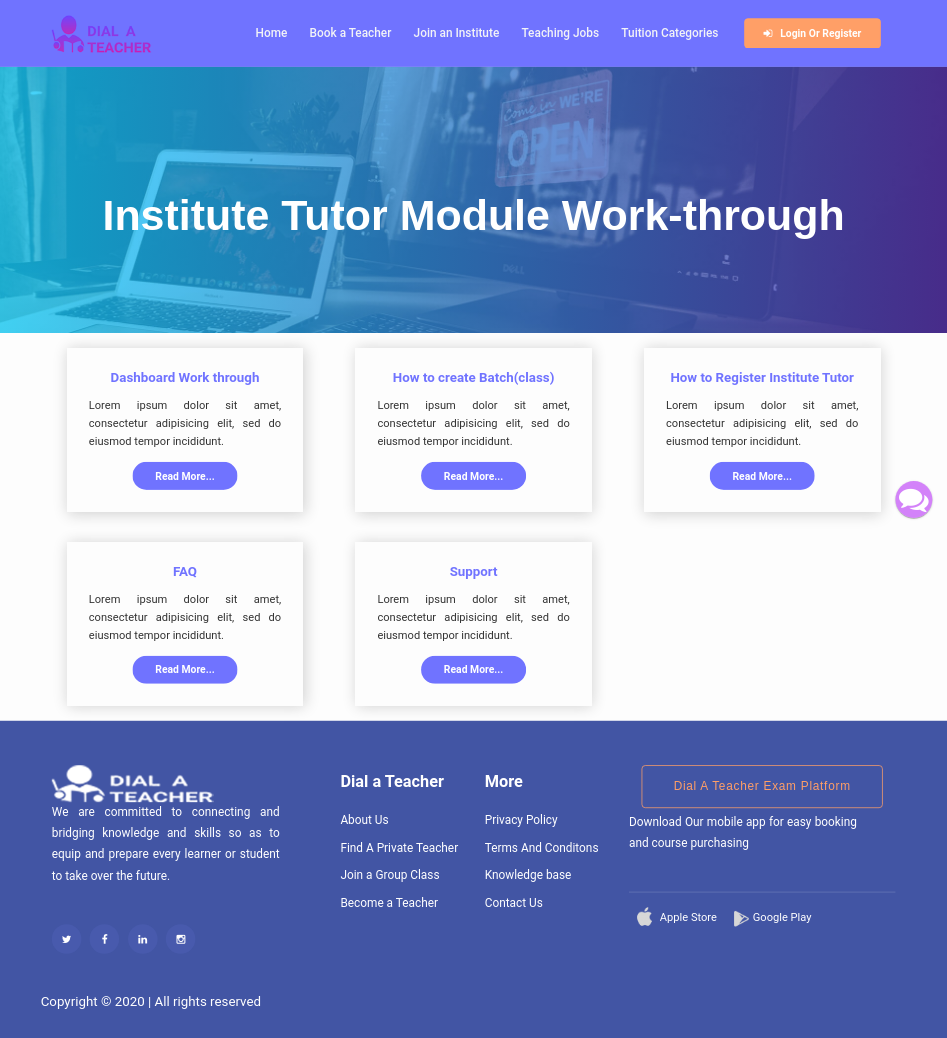
Repository: Samkiroko/DAT_knowledge
Page: ttinstDashboard.html
An editor plug-in stored every save of this project. The page is shown before and after the next save, followed by the edit.
The browser window is 1280 px wide. The pictures show the whole page, at 74% of full size.

Above is the page before, as saved 2020-12-14 17:20:28.
Console error: TypeError: e.indexOf is not a function

### ttinstDashboard.html
<!DOCTYPE html>
<html lang="en" dir="ltr">


  <!-- Mirrored from dialateacher.co.ke/faqs by HTTrack Website Copier/3.x [XR&CO'2014], Sat, 12 Dec 2020 12:13:42 GMT -->
  <!-- Added by HTTrack -->
  <meta http-equiv="content-type" content="text/html;charset=UTF-8" /><!-- /Added by HTTrack -->

  <head>
    <title>
      Dial a Teacher</title>
    <meta charset="utf-8">
    <meta http-equiv="X-UA-Compatible" content="IE=edge">
    <meta name="viewport" content="width=device-width, initial-scale=1">

    <meta name="description" content="Test Meta Description Value">

    <meta name="keywords" content="Test Meta Keyword Value ">
    <meta name="author" content="">
    <link rel="shortcut icon" href="assets/uploads/settings/thumbs/setting_152.png" />



    <!-- HTML5 Shim and Respond.js IE8 support of HTML5 elements and media queries -->
    <!-- WARNING: Respond.js doesn't work if you view the page via file:// -->
    <!--[if lt IE 9]>
           <script src="https://oss.maxcdn.com/libs/html5shiv/3.7.0/html5shiv.js"></script>
           <script src="https://oss.maxcdn.com/libs/respond.js/1.4.2/respond.min.js"></script>
       <![endif]-->

    <link rel="stylesheet" type="text/css" href="assets/front/css/main.css">


  </head>

  <body>
    <!-- Preloader -->
    <!-- <div id="preloader">
        <div id="status">&nbsp;</div>
    </div> -->
    <!-- Ends Preloader -->
    <!-- Nagigation -->
    <nav class="navbar navbar-default yamm">
      <div class="container">
        <!-- Brand and toggle get grouped for better mobile display -->
        <div class="navbar-header">
          <button type="button" class="navbar-toggle" data-toggle="collapse" data-target="#mega-nav-menu">
            <span class="sr-only">Toggle navigation</span>
            <span class="icon-bar"></span>
            <span class="icon-bar"></span>
            <span class="icon-bar"></span>
          </button>

          <a href="index.html"><img src="assets/uploads/settings/setting_35.png" class="logo " alt="logo"></a>
        </div>

        <!-- Collect the nav links, mega-menu, vertical-menu and other content for toggling -->
        <div class="collapse navbar-collapse" id="mega-nav-menu">
          <ul class="nav navbar-nav navbar-right">
            <li><a class="" href="index.html"> Home </a></li>

            <li><a class="" href="search-tutor.html"> Book a Teacher </a></li>

            <li><a class="" href="search-institute.html"> Join an Institute </a></li>

            <li><a class="" href="search-student-leads.html" title="Find Student Leads"> Teaching Jobs </a>
            </li>



            <li><a class="" href="courses.html"> Tuition Categories</a></li>


            <li>
              <a href="auth/login.html"> <span class="nav-btn"> <i class="fa  fa-sign-in"></i> &nbsp;
                  Login <span class="hidden-navbtn">Or Register</span></span>
              </a>
            </li>

          </ul>
        </div>
        <!-- /.navbar-collapse -->
      </div>
    </nav>
    <!-- Ends Navigation -->
    <!--===============================
    =            main-page            =
    ================================-->

    <div class="mwb-main-page example-main">
      <div class="container-fluid">
        <div class="mwb-main-page__content-wrapper">
          <h1 class="mwb-main-page__heading">Institute Tutor Module Work-through</h1>
        </div>
      </div>
    </div>


    <!--====  End of main-page  ====-->

    <!--===========================================
=            documentation-section            =
============================================-->

    <div class="mwb-documentation-section section" id="documentation-section">
      <div class="container">
        <div class="row">
          <div class="col-lg-4 col-md-4 col-sm-6 col-xs-12">
            <a href="category.html" class="mwb-documentation-section__lists overflow" data-aos="flip-up">
              <h3>Dashboard Work through</h3>
              <p>Lorem ipsum dolor sit amet, consectetur adipisicing elit, sed do eiusmod tempor
                incididunt.</p>
              <button type="button" class="mwb-primary-btn mwb-documentation-section__btn">Read
                more...</button>
            </a>
          </div>
          <div class="col-lg-4 col-md-4 col-sm-6 col-xs-12">
            <a href="category.html" class="mwb-documentation-section__lists overflow" data-aos="flip-up">
              <h3>How to create Batch(class)</h3>
              <p>Lorem ipsum dolor sit amet, consectetur adipisicing elit, sed do eiusmod tempor
                incididunt.</p>
              <button type="button" class="mwb-primary-btn mwb-documentation-section__btn">Read
                more...</button>
            </a>
          </div>
          <div class="col-lg-4 col-md-4 col-sm-6 col-xs-12">
            <a href="category.html" class="mwb-documentation-section__lists overflow" data-aos="flip-up">
              <h3>How to Register Institute Tutor</h3>
              <p>Lorem ipsum dolor sit amet, consectetur adipisicing elit, sed do eiusmod tempor
                incididunt.</p>
              <button type="button" class="mwb-primary-btn mwb-documentation-section__btn">Read
                more...</button>
            </a>
          </div>
          <div class="col-lg-4 col-md-4 col-sm-6 col-xs-12">
            <a href="category.html" class="mwb-documentation-section__lists overflow" data-aos="flip-up">
              <h3>FAQ</h3>
              <p>Lorem ipsum dolor sit amet, consectetur adipisicing elit, sed do eiusmod tempor
                incididunt.</p>
              <button type="button" class="mwb-primary-btn mwb-documentation-section__btn">Read
                more...</button>
            </a>
          </div>
          <div class="col-lg-4 col-md-4 col-sm-6 col-xs-12">
            <a href="category.html" class="mwb-documentation-section__lists overflow" data-aos="flip-up">
              <h3>Support</h3>
              <p>Lorem ipsum dolor sit amet, consectetur adipisicing elit, sed do eiusmod tempor
                incididunt.</p>
              <button type="button" class="mwb-primary-btn mwb-documentation-section__btn">Read
                more...</button>
            </a>
          </div>

        </div>
      </div>

      <!--====  End of documentation-section  ====-->
      <!-- Footer -->
      <footer>
        <div class="footer-wrappper footer-bg">
          <!-- Footer Start-->
          <div class="footer-area footer-padding">
            <div class="container">
              <div class="row justify-content-between">
                <div class="col-xl-3 col-lg-4 col-md-3 col-sm-5">
                  <div class="single-footer-caption mb-50">
                    <div class="single-footer-caption mb-30">
                      <!-- logo -->
                      <div class="footer-logo mb-25">
                        <a href="index.html"><img src="assets/front/images/logo/logo2_footer.png" alt=""></a>
                      </div>
                      <div class="footer-tittle">
                        <div class="footer-pera">
                          <p>We are committed to connecting and bridging knowledge and
                            skills so as to equip and prepare every learner or student to
                            take
                            over the future.</p>
                        </div>
                      </div>
                      <!-- social -->
                      <div class="footer-social">
                        <a href="#"><i class="fa fa-twitter"></i></a>
                        <a href="#"><i class="fa fa-facebook-f"></i></a>
                        <a href="#"><i class="fa fa-linkedin"></i></a>
                        <a href="#"><i class="fa fa-instagram"></i></a>
                      </div>
                    </div>
                  </div>
                </div>
                <div class="col-xl-1 col-lg-2 col-md-2 col-sm-3">
                  <div class="single-footer-caption mb-50">
                    <div class="footer-tittle">
                      <h4>Dial a Teacher</h4>
                      <ul>
                        <li><a href="about-us.html">About Us</a></li>
                        <li><a href="search-tutor.html">Find A Private Teacher</a></li>
                        <li><a href="search-institute.html">Join a Group Class</a></li>
                        <li><a href="auth/login.html">Become a Teacher</a></li>
                      </ul>
                    </div>
                  </div>
                </div>
                <div class="col-xl-1 col-lg-2 col-md-3 col-sm-3">
                  <div class="single-footer-caption mb-50">
                    <div class="footer-tittle">
                      <h4>More</h4>
                      <ul>
                        <li><a href="home/terms-and-conditions.html">Privacy Policy</a></li>
                        <li><a href="home/terms-and-conditions.html">Terms And Conditons</a>
                        </li>
                        <li><a href="faqs.html">Knowledge base</a></li>
                        <li><a href="contact-us.html">Contact Us</a></li>
                      </ul>
                    </div>
                  </div>
                </div>
                <div class="col-xl-2 col-lg-4 col-md-4 col-sm-6">
                  <div class="single-footer-caption mb-50">
                    <div class="single-footer-caption mb-30">
                      <div class="row justify-content-start">
                        <div class="col-xl-12">
                          <div class="section-tittle text-center mt-20">
                            <a href="https://exam.dialateacher.co.ke/" class="border-btn">Dial A
                              Teacher Exam platform</a>
                          </div>
                        </div>
                      </div>
                      <div class="footer-tittle">
                        <div class="footer-pera text-center">
                          <p>Download Our mobile app for easy booking and course purchasing
                          </p>
                        </div>
                      </div>
                      <!-- social -->
                      <div class="footer-appdownload">
                        <hr class="footer-hr hidden-xs">
                        <a href="https://itunes.apple.com/in/genre/ios/id36?mt=8" target="_blank"><img
                            src="assets/front/images/icn-istore.png" alt="IOS app link"> Apple Store</a>

                        <a href="https://play.google.com/store?hl=en" target="_blank"><img
                            src="assets/front/images/icn-playstore.png" alt="Android app link">Google Play</a>
                      </div>
                    </div>
                  </div>
                </div>
              </div>
            </div>
          </div>
          <!-- footer-bottom area -->
          <div class="footer-bottom-area">
            <div class="container">
              <div class="footer-border">
                <div class="row d-flex align-items-center">
                  <div class="col-xl-12 ">
                    <div class="footer-copy-right text-center">
                      <p>
                        Copyright &copy;
                        <script>document.write(new Date().getFullYear());</script> | All rights
                        reserved
                      </p>
                    </div>
                  </div>
                </div>
              </div>
            </div>
          </div>
          <!-- Footer End-->
        </div>
      </footer>
      <!-- Ends Footer -->


      <!-- Scroll Up -->
      <div class="form-box " id="myDIV">
        <h2 class="login-header"><i class="far fa-comment-dots icon"></i>Support Center</h2>
        <div class="test">
          <form class="formInput">
            <div>
              <input type="text" required id="test">
              <label class="inputLabel">Name</label>
            </div>

            <div>
              <input type="text" id="numberText" required>
              <label class="inputLabel">Mobile No.</label>
            </div>
            <div>
              <input type="text" required>
              <label class="inputLabel">Message</label>
            </div>
            <div>
              <input type="file" id="inputFile" required><label id="labelFile" for="inputFile">
                <i class="far fa-file-image" id="iconPhoto"></i>Choose a Photo</label>
            </div>

            <p id="legal">Will get back to you within 24hr. Have a good one. </p>
            <input type="submit" value="Send" id="submitButt" class="active">
          </form>
        </div>
        <div class="footer"></div>
      </div>
      <button class="floating-btn" onclick="myFunction()">
        <i class="fa fa-comments"></i>
      </button>
      <script src="https://ajax.googleapis.com/ajax/libs/jquery/3.4.1/jquery.min.js"></script>
      <script>
        $('#submitButt').click(function () {
          $(this).toggleClass('active');
        });
        $(function () {
          $("#test").focus();
        });
        document.querySelector('.floating-btn').addEventListener('click', function (e) {
          e.target.closest('button').classList.toggle('clicked');
        });

        function myFunction() {
          var x = document.getElementById("myDIV");
          console.log(x);
          console.log(x.classList.contains('open'));
          if (x.classList.contains('open')) {
            x.classList.remove("open");
          } else {
            x.classList.add("open");
            document.getElementById("test").focus();

          }
        }
      </script>
      <!-- Scroll Up end -->




      <!-- Script files -->
      <script src="assets/front/js/jquery.js"></script>

      <link rel="stylesheet" href="assets/front/css/jquery-ui.css">
      <script src="assets/front/js/jquery-ui.js"></script>
      <script>
        $(function () {
          $(".custom_accordion").accordion({
            heightStyle: "content"
          });
        });
      </script>




      <!--Bootstrap Page-->
      <script src="assets/front/js/bootstrap.min.js"></script>
      <!--Profile Page-->
      <script src="assets/front/js/marquee.js"></script>
      <script type="text/javascript" src="assets/front/js/flatpickr.min.js"></script>

      <script type="text/javascript" src="assets/front/js/select2.min.js"></script>
      <script type="text/javascript" src="assets/front/js/owl.carousel.min.js"></script>
      <script type="text/javascript" src="assets/front/js/jRate.min.js"></script>
      <script type="text/javascript" src="assets/front/js/jquery.magnific-popup.js"></script>
      <script type="text/javascript" src="assets/front/js/jquery.smartmenus.js"></script>
      <script type="text/javascript" src="assets/front/js/jquery.smartmenus.bootstrap.js"></script>
      <script type="text/javascript" src="assets/front/js/flexgrid.js"></script>
      <script type="text/javascript" src="assets/front/js/countUp.js"></script>
      <script type="text/javascript" src="assets/front/js/jquery.dataTables.min.js"></script>
      <!-- Custom Script -->
      <script type="text/javascript" src="assets/front/js/main.js"></script>

      <!--Gallery-->
      <script type="text/javascript" src="assets/front/js/fileinput.min.js"></script>


      <!--COntact us page-->
      <!--script type="text/javascript" src="https://maps.googleapis.com/maps/api/js?key=AIzaSyC-h5q6y2eBfFV5X7QV6Z5mrFFU2s97XJs&sensor=false"></script>
<script>
$(document).ready(function () {
    "use strict";

    function e() {
        var e = {
                center: a,
                zoom: 10,
                /*scrollwheel:!0*/
                scrollwheel: false,
                mapTypeId: google.maps.MapTypeId.ROADMAP,
                styles: [{
                    featureType: "landscape",
                    stylers: [{
                        hue: "#FFBB00"
                }, {
                        saturation: 43.400000000000006
                }, {
                        lightness: 37.599999999999994
                }, {
                        gamma: 1
                }]
            }, {
                    featureType: "road.highway",
                    stylers: [{
                        hue: "#FFC200"
                }, {
                        saturation: -61.8
                }, {
                        lightness: 45.599999999999994
                }, {
                        gamma: 1
                }]
            }, {
                    featureType: "road.arterial",
                    stylers: [{
                        hue: "#FF0300"
                }, {
                        saturation: -100
                }, {
                        lightness: 51.19999999999999
                }, {
                        gamma: 1
                }]
            }, {
                    featureType: "road.local",
                    stylers: [{
                        hue: "#FF0300"
                }, {
                        saturation: -100
                }, {
                        lightness: 52
                }, {
                        gamma: 1
                }]
            }, {
                    featureType: "water",
                    stylers: [{
                        hue: "#0078FF"
                }, {
                        saturation: -13.200000000000003
                }, {
                        lightness: 2.4000000000000057
                }, {
                        gamma: 1
                }]
            }, {
                    featureType: "poi",
                    stylers: [{
                        hue: "#00FF6A"
                }, {
                        saturation: -1.0989010989011234
                }, {
                        lightness: 11.200000000000017
                }, {
                        gamma: 1
                }]
            }]

            },
            t = new google.maps.Map(document.getElementById("tutors_map"), e),
            s = {
                url: "assets/front/images/logo_google_map.png"
            },
            o = new google.maps.Marker({
                position: a,
                map: t,
                icon: s,
                animation: google.maps.Animation.BOUNCE
            });
        o.setMap(t);
        var n = new google.maps.InfoWindow({
            content: "<strong>Westland, peponi Rd <br> Westlands, Nairobi 00606</strong>"
        });
        google.maps.event.addListener(o, "click", function () {
            n.open(t, o)
        })
    }
    var a;
    a = new google.maps.LatLng("17.4459764", "78.38607860000002"), google.maps.event.addDomListener(window, "load", e), a = new google.maps.LatLng("17.4459764", "78.38607860000002")
});
</script-->


      <script>
        $(function () {
          $(".stu-certificate").attr("target", "_blank");
        });
      </script>


  </body>


  <!-- Mirrored from dialateacher.co.ke/faqs by HTTrack Website Copier/3.x [XR&CO'2014], Sat, 12 Dec 2020 12:13:42 GMT -->

</html>

### assets/front/css/main.css
@import url('font-awesome.min.css');
@import url('bootstrap.min.css');
@import url('select2.min.css');
@import url('owl.carousel.min.css');
@import url('owl.theme.default.min.css');
@import url('magnific-popup.css');
@import url('jquery.smartmenus.bootstrap.css');
@import url('jquery.dataTables.min.css');
@import url('flatpickr.min.css');
@import url('sateesh-style.css');
@import url('video-js.css');
@import url('colorbox.css');
@import url('sateesh-bootstrap.min.css');
@import url('sateesh-new-style.css');
@import url('document.css');

### assets/front/images/footer-bg.html
<!doctype html>
<html>
<head>
<meta name="viewport" content="width=device-width, maximum-scale=1, initial-scale=1, user-scalable=0">
<meta charset="utf-8">
<title>Couldn't find the page - 404 Not Found</title>
<link href="assets/front/css/bootstrap.min.css" rel="stylesheet">
<link href="../assets/front/css/bootstrap.min.css" rel="stylesheet">
<style>
body {
	/*background-color: #534051;*/
  background-color: #8bc2d2;
}
.error-box {
	color: #fff;
	font-weight: 600;
	margin-top: 100px;
	text-align: center;
}
.error-box .message-small {
	font-size: 24px;
	line-height:28px;
}
.error-box .message-big {
	font-size: 160px;
	line-height: 180px;
	color:#fff;
	text-shadow: 1px 1px 1px #666, 0 0 2px #333;
}
</style>
<script>
function goBack()
  {
  window.history.back()
  }
</script>
</head>

<body>
<div class="row-fluid">
<div class="span8 offset2">
  <div class="error-box">
    <div class="message-small">Sorry! the page doesn't seem to be exist.</div>
    <div class="clearfix"></div>
    <div class="message-big">404</div>
    <div class="clearfix"></div>
    <div class="message-small">Try clicking on the Homepage or back button to find what you're after.</div>
    <div class="clearfix"></div>
    <div style="margin-top: 50px"> <a onClick="goBack()" class="btn btn-info"> <i class="icon-arrow-left icon-white"></i> Go Back </a> <a href="https://dialateacher.co.ke/" class="btn btn-primary"> <i class="icon-home icon-white"></i> Homepage </a></div>
  </div>
</div>
</div>
</body>
</html>

Loaded but not shown: assets/front/css/font-awesome.min.css (library); assets/front/css/bootstrap.min.css (library); assets/front/css/select2.min.css (library); assets/front/css/owl.carousel.min.css (library); assets/front/css/owl.theme.default.min.css (common file); assets/front/css/magnific-popup.css (library); assets/front/css/jquery.smartmenus.bootstrap.css (library); assets/front/css/jquery.dataTables.min.css (library); assets/front/css/flatpickr.min.css (library); assets/front/css/sateesh-bootstrap.min.css (library); assets/front/css/jquery-ui.css (library); assets/front/js/jquery-ui.js (library); assets/front/js/bootstrap.min.js (library); assets/front/js/marquee.js (library); assets/front/js/flatpickr.min.js (library); assets/front/js/select2.min.js (library); assets/front/js/owl.carousel.min.js (library); assets/front/js/jRate.min.js (library); assets/front/js/jquery.magnific-popup.js (library); assets/front/js/jquery.smartmenus.js (library); assets/front/js/jquery.smartmenus.bootstrap.js (library); assets/front/js/flexgrid.js (library); assets/front/js/jquery.dataTables.min.js (library); assets/front/js/fileinput.min.js (library); assets/front/js/main.js (358 lines, source omitted); assets/front/js/countUp.js (196 lines, source omitted); assets/front/css/sateesh-new-style.css (7945 lines, source omitted); assets/front/css/sateesh-style.css (7940 lines, source omitted); assets/front/css/video-js.css (1400 lines, source omitted); assets/front/css/document.css (1294 lines, source omitted); assets/front/css/colorbox.css (75 lines, source omitted); assets/front/js/jquery.js (no copy from this time; the picture is the same without it)

After the next save:
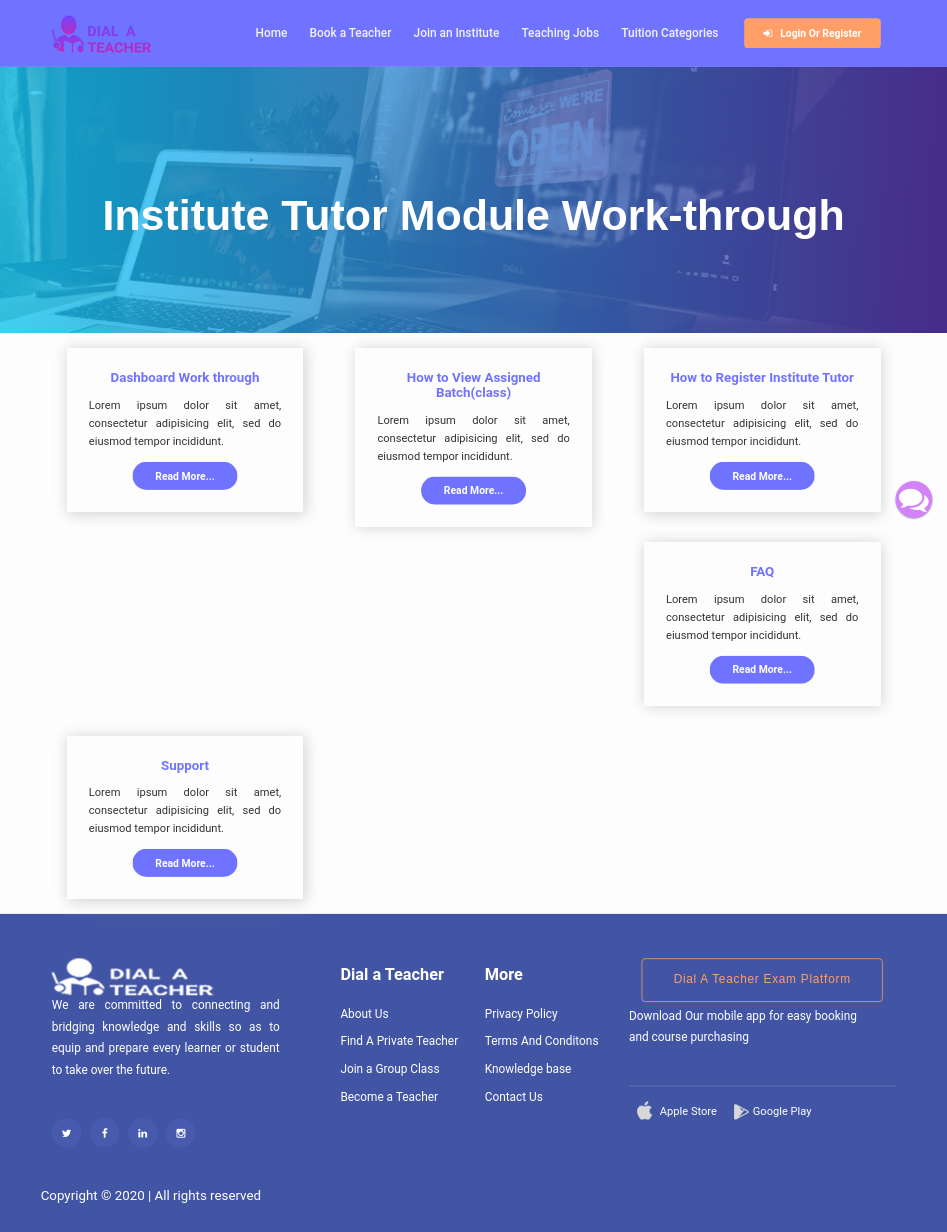
Saved 39 s later.
--- a/ttinstDashboard.html
+++ b/ttinstDashboard.html
@@ -116,7 +116,7 @@
           </div>
           <div class="col-lg-4 col-md-4 col-sm-6 col-xs-12">
             <a href="category.html" class="mwb-documentation-section__lists overflow" data-aos="flip-up">
-              <h3>How to create Batch(class)</h3>
+              <h3>How to View Assigned Batch(class)</h3>
               <p>Lorem ipsum dolor sit amet, consectetur adipisicing elit, sed do eiusmod tempor
                 incididunt.</p>
               <button type="button" class="mwb-primary-btn mwb-documentation-section__btn">Read
